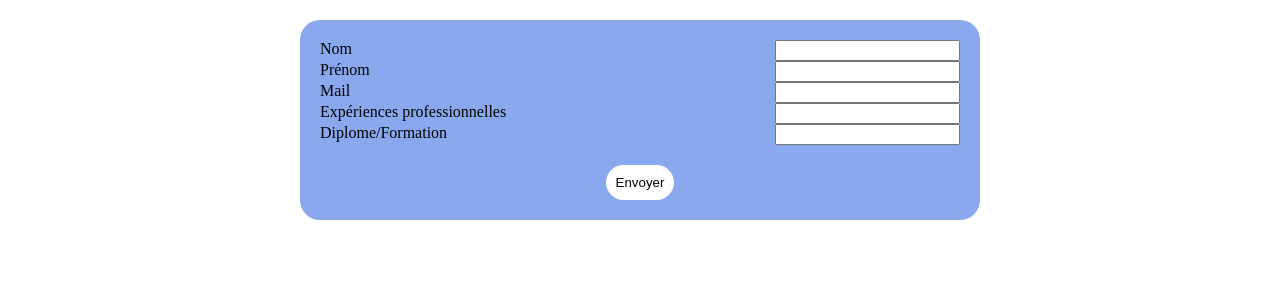
Repository: Nietsab/tp_PHP
Page: http://localhost/
An editor plug-in stored every save of this project. The page is shown before and after the next save, followed by the edit.
The browser window is 1280 px wide. The pictures show the whole page.
The page is run by PHP 8.4 with error messages shown; the project is at /var/www/html/.

Above is the page before, as saved 2022-04-06 16:44:20.

After the next save:
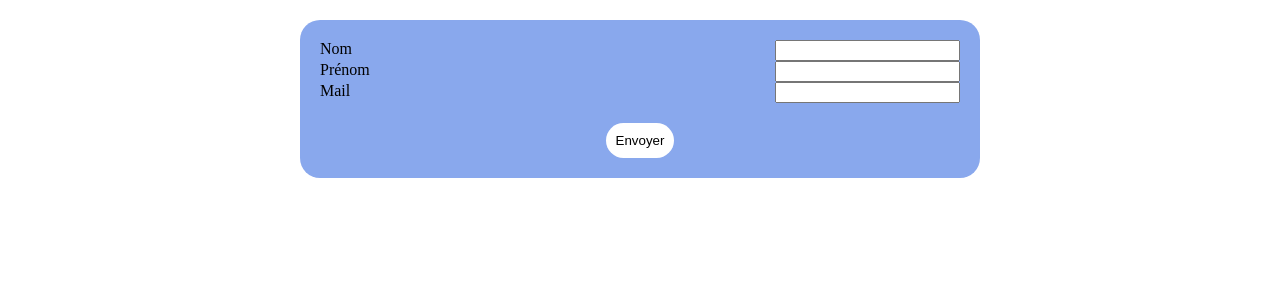
Saved 2 min 28 s later.
--- a/index.php
+++ b/index.php
@@ -98,8 +98,6 @@
     <div><label>Nom</label><input name="nom"></div>
     <div><label>Prénom</label><input name="prenom"></div>
     <div><label>Mail</label><input name="mail"></div>
-    <div><label>Expériences professionnelles</label><input name="experience"></div>
-    <div><label>Diplome/Formation</label><input name="diplome"></div>
     <button>Envoyer</button>
 </form>
 </body>
